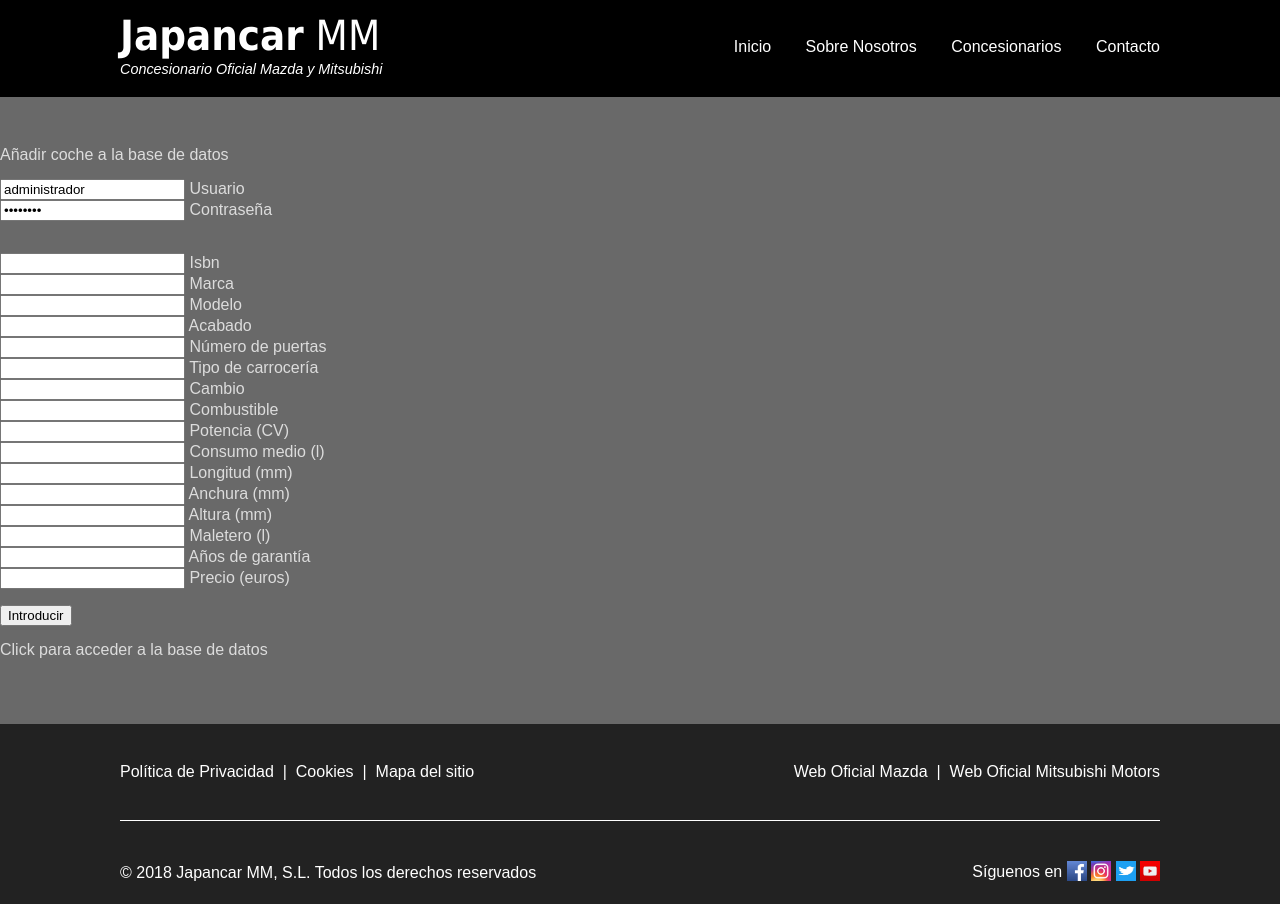
Repository: fjrm/Proyecto_1
Page: PruebaEE/WebContent/Introducir.html
These files come from the project's save history. The page is drawn as it stood at one moment and after the next save; the edit follows.
The browser window is 1280 px wide. The pictures show the whole page.
Some web libraries are served in a nearby version.

Above is the page before, as saved 2018-12-05 12:35:19.

After the next save:
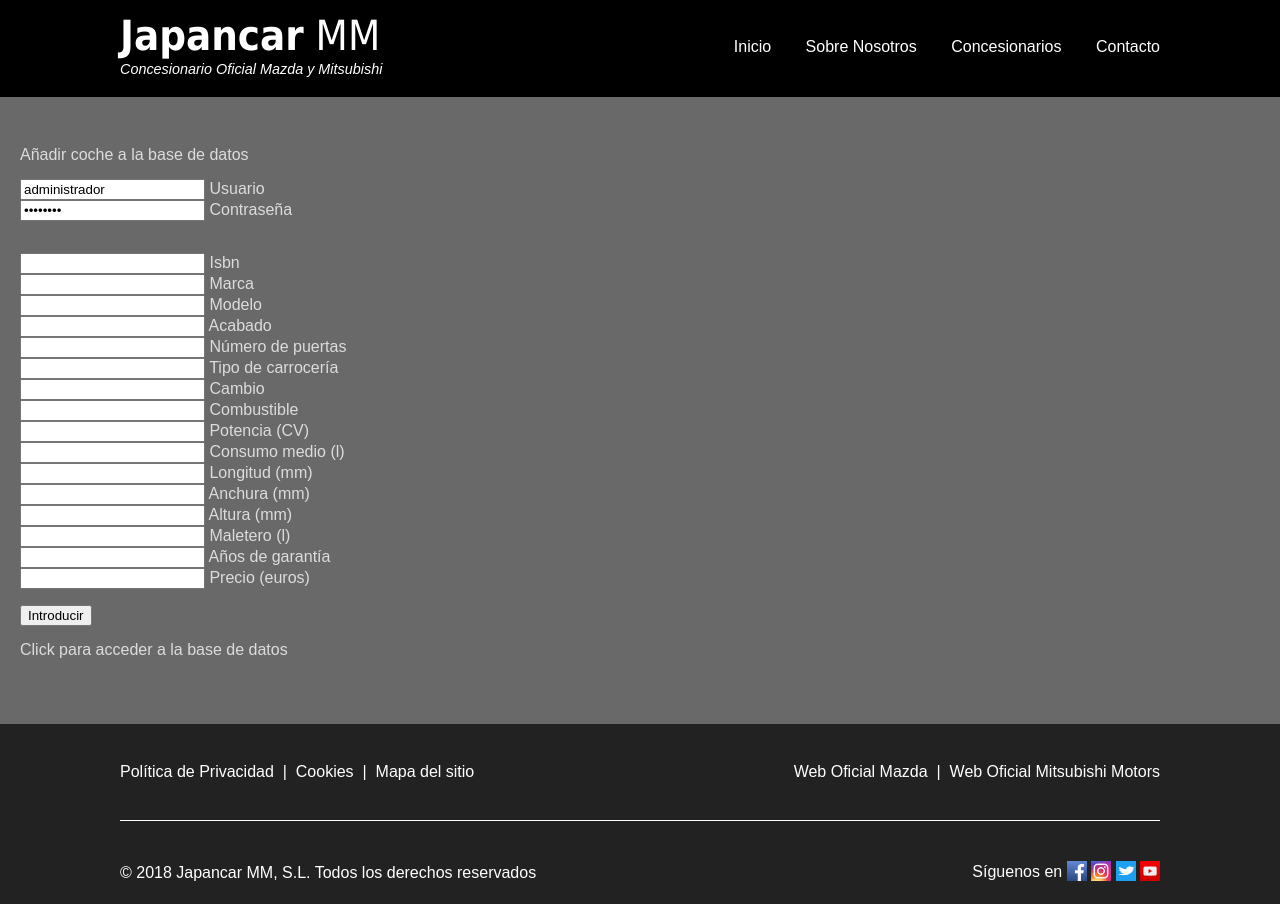
Saved 2 min 10 s later.
--- a/PruebaEE/WebContent/Introducir.html
+++ b/PruebaEE/WebContent/Introducir.html
@@ -15,9 +15,9 @@
 			font-size: 1em;
 			text-align: left;
 			padding-top: 50px;
-      		padding-right: 0px;
+      		padding-right: 20px;
       		padding-bottom: 50px;
-      		padding-left: 0px;
+      		padding-left: 20px;
 		}
 
 		body{
